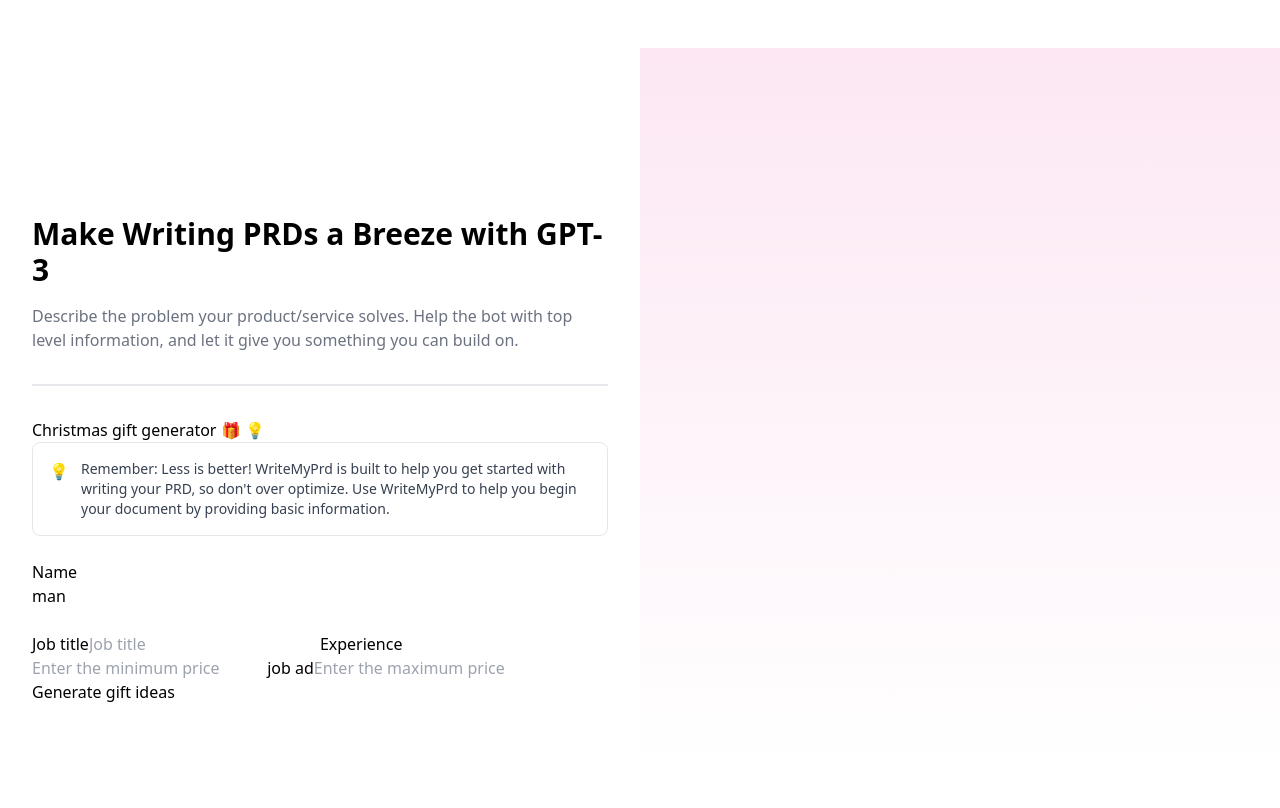
Repository: hamza-mastar/chatgpt-jpbad
Page: /
An editor plug-in stored every save of this project. The page is shown before and after the next save, followed by the edit.
The browser window is 1280 px wide. The pictures show the whole page.
The project was rebuilt for these pictures with package versions that can differ from the ones it lists, and the page was loaded fresh each time. The framework's server and built-in components were replaced by stand-ins that run in the browser.

Above is the page before, as saved 2023-01-30 04:36:55.

### pages/_app.js
import 'tailwindcss/tailwind.css'

import '../styles/globals.css'

export default function MyApp({ Component, pageProps }) {
  return <Component {...pageProps} />
}

### pages/index.js
import Head from 'next/head';
import React from 'react';
import { useState } from 'react';

import styles from './index.module.css';


// import './gifts.css'




export default function Home() {
  const [name, setName] = useState('man');
  const [job_title, setJob_title] = useState("");
  const [experience, setExperience] = useState("");
  const [job_ad, setJob_ad] = useState("");

  const [loading, setLoading] = useState(false);

  const [result, setResult] = useState('');

  async function onSubmit(event) {
    event.preventDefault();
    if (loading) {
      return;
    }
    setLoading(true);
    setResult('hamza');
    const response = await fetch('/api/generate-gifts', {
      method: 'POST',
      headers: {
        'Content-Type': 'application/json',
      },
      body: JSON.stringify({ name, job_title, experience, job_ad}),
    });
    const data = await response.json();
    setResult(data.result.replaceAll('\n', '<br />'));
    setLoading(false);
  }


  return (
    <>



    <dody class="h-full px-5 sm:px-6">
      <div class="flex relative sm:flex-col md: flex-col">

      <Head>
        <title>OpenAI Quickstart</title>
        <link rel="icon" href="/dog.png" />
      </Head>

      <main className={styles.main}>
     <div class="min-h-screen w-full lg:w-1/2 relative">
    <div class="h-full px-5 sm:px-6">
      <div class="h-full w-full max-w-xl mx-auto flex flex-col after:mt-auto after:flex-1">
        <header class="sm:flex-1 flex mb-auto sm:py-10 pt-6 items-center sm:justify-between flex-col sm:flex-row" >
          <div class="flex items-center justify-between h-24 md:h-20"> </div>

            {/* logo icone login  */}
            </header>
            <div class="flex-1 py-8">
           <div  class="mb-4" >
           <h1 class="text-3xl font-bold font-inter mb-2"> Make Writing PRDs a Breeze with GPT-3 </h1>
           <div class="text-gray-500 mt-4 mb-6"> Describe the problem your product/service solves. Help the bot with top level information, and let it give you something you can build on. </div>
           <div class="divide-y divide-gray-200 my-8 relative border"></div>





        <h3  >Christmas gift generator 🎁 💡</h3>
        <form  onSubmit={onSubmit} class="mb-12 relative">
        <div class="rounded-lg bg-white border p-4"><div class="flex"><div class="flex-shrink-0">💡</div><div class="ml-3 flex-1 md:flex md:justify-between"><p class="text-sm text-gray-700 font-medium"> Remember: Less is better! WriteMyPrd is built to help you get started with writing your PRD, so don't over optimize. Use WriteMyPrd to help you begin your document by providing basic information. </p></div></div></div>
        <div>
          <div class="py-6">
          <label >Name</label>
          <input class="form-input w-full"
            type="text"
            name="name"
            placeholder="Enter the Name"
            value={name}
            onChange={(e) => setName(e.target.value)}
          />
          </div>


          <label>Job title</label>
          <input
            type="text"
            name="job_title"
            placeholder="Job title"
            value={job_title}
            onChange={(e) => setJob_title(e.target.value)}
          />

          <label>Experience </label>
          <input
            type="text"
            name="experience"
            placeholder="Enter the minimum price"
            value={experience}
            onChange={(e) => setExperience(e.target.value)}
          />

          <label> job ad</label>
          <input
            type="text"
            name="job_ad"
            placeholder="Enter the maximum price"
            value={job_ad}
            onChange={(e) => setJob_ad(e.target.value)}
          />



          <input type="submit" value="Generate gift ideas" />
          </div>
        </form>
        </div>
       </div>
        </div>
        </div>
          </div>

          {/* loging page ////////////////// */}

          <div class="relative lg:fixed right-0 bottom-0 lg:block lg:w-1/2 overflow-hidden sm:px-5 lg:h-full h-auto overflow-y-auto top-12">
            <div class="absolute inset-0 bg-gradient-to-b from-pink-100 to-white pointer-events-none -z-10" >
              {/* <div class="hidden md:block absolute right-0 pointer-events-none -z-10"> */}
                <div class="h-auto">
                {/* <div class="p-6 pb-0 h-[calc(100vh-6rem)]" > */}
                {/* <div class="form-textarea relative text-base w-full p-4 px-8 overflow-scroll h-[calc(100%-1rem)] shadow-2xl flex items-center justify-center" > */}
                {/* <div class="text-pink-600 font-mono text-left text-base font-semibold absolute top-4 left-4"> */}
        {loading && (
          <div>
            <h3>Looking for the best gift ideas 🎁 💡</h3>
            <img src="/loading.gif" className={styles.loading} />
          </div>



        )}
        <div class="is-typed pb-0 h-[calc(100vh-6rem)] form-textarea relative text-base w-full p-4 px-8 overflow-scroll   flex items-center justify-center "
          className={styles.result}
          dangerouslySetInnerHTML={{ __html: result }}


        />
        </div>
        </div>
        </div>
        {/* </div> */}
        {/* </div> */}
        {/* </div>
        </div> */}
      </main>
      </div>

      </dody>


    </>
  );
}
// Name Job_title Experience job_ad

### pages/index.module.css


@font-face {
  font-family: "ColfaxAI";
  src: url(https://cdn.openai.com/API/fonts/ColfaxAIRegular.woff2)
      format("woff2"),
    url(https://cdn.openai.com/API/fonts/ColfaxAIRegular.woff) format("woff");
  font-weight: normal;
  font-style: normal;
}
@font-face {
  font-family: "ColfaxAI";
  src: url(https://cdn.openai.com/API/fonts/ColfaxAIBold.woff2) format("woff2"),
    url(https://cdn.openai.com/API/fonts/ColfaxAIBold.woff) format("woff");
  font-weight: bold;
  font-style: normal;
}
/* .main,
.main input {
  font-size: 16px;
  line-height: 24px;
  color: #353740;
  font-family: "ColfaxAI", Helvetica, sans-serif;
}
.main {
  display: flex;
  flex-direction: column;
  align-items: center;
  padding-top: 60px;
}
.main .icon {
  width: 34px;
}
.main h3 {
  font-size: 32px;
  line-height: 40px;
  font-weight: bold;
  color: #202123;
  margin: 16px 0 40px;
}
.main form {
  display: flex;
  flex-direction: column;
  width: 320px;
}
.main input[type="text"] {
  padding: 12px 16px;
  border: 1px solid #10a37f;
  border-radius: 4px;
  margin-bottom: 24px;
  outline-color: #10a37f;
}
.main ::placeholder {
  color: #8e8ea0;
  opacity: 1;
}
.main input[type="submit"] {
  padding: 12px 0;
  color: #fff;
  background-color: #10a37f;
  border: none;
  border-radius: 4px;
  text-align: center;
  cursor: pointer;
}
.main .result {
  padding: 100px;
  font-weight: bold;
  margin-top: 40px;
  position:absolute;
  display: flex;
  justify-content: end;
} */

.main .loading {
  width: 50;
}

/* .main input[type="text"],
.main input[type="number"],
.main select {
  padding: 12px 16px;
  border: 1px solid #10a37f;
  border-radius: 4px;
  margin-bottom: 12px;
  margin-top: 4px;
}
.hamza {
  background-color: #10a37f;
} */






.relative {
  position: relative;
}

.nano {
  background-color: white;
  color: black;
  display: flex;
  overflow: scroll;
}

.form-textarea{
  border-width: 1px;
  --tw-border-opacity: 1;
  border-color: rgb(209 213 219 / var(--tw-border-opacity));
  --tw-bg-opacity: 1;
  background-color: rgb(255 255 255 / var(--tw-bg-opacity));
  height: 600px;
  width: 600px;
}

.texxt-base {
  font-size: 18px;
  line-height: 1.5;
  letter-spacing: -.01em;
  color: black

}
.typed {
  color: #1f2937;
  white-space: break-spaces;
  font-size: 100px;
}
@media only screen and (max-width: 600px) {
  .goho {
    width: auto;
    display: flex;
    justify-content:center ;

  }
}

Loaded but not shown: styles/globals.css (common file); tailwind.config.js (common file)

After the next save:
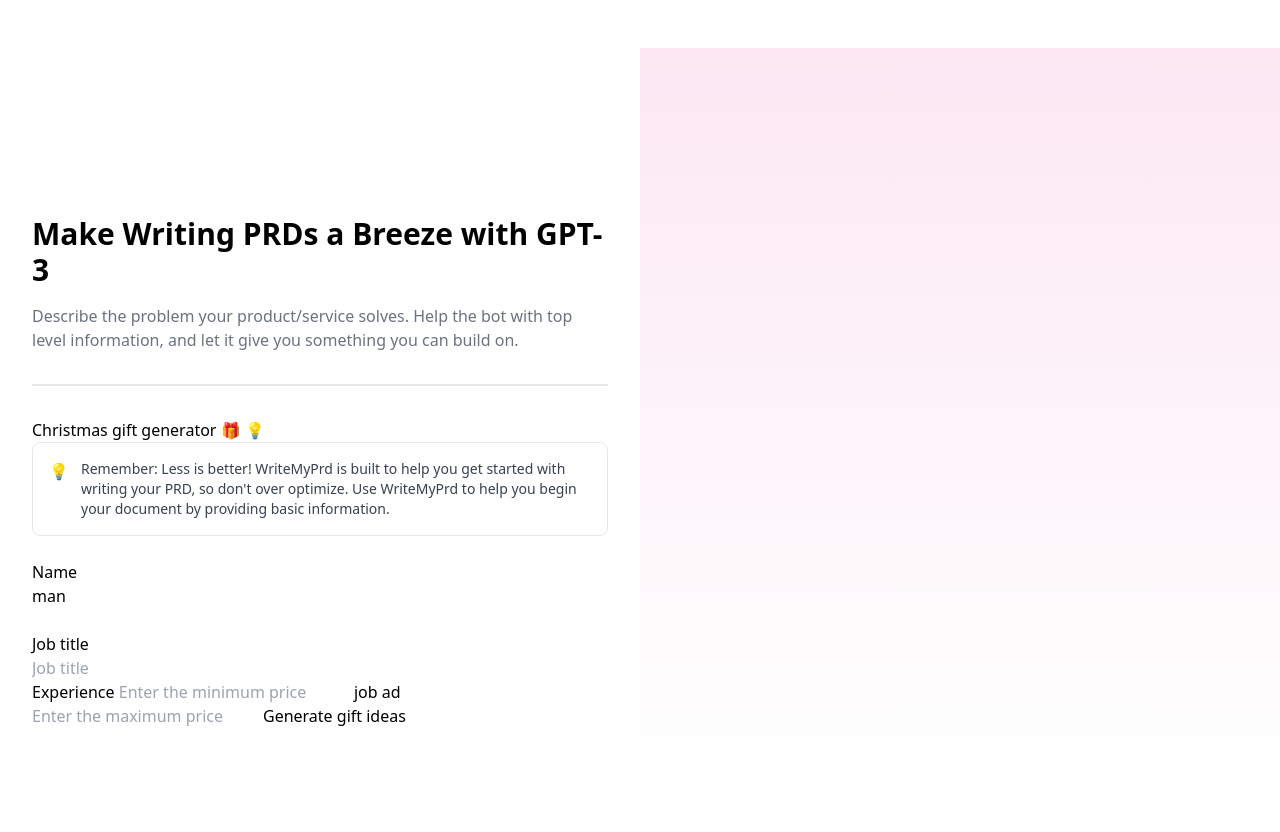
Saved 49 s later.
--- a/pages/index.js
+++ b/pages/index.js
@@ -89,7 +89,7 @@ export default function Home() {
 
 
           <label>Job title</label>
-          <input
+          <input class="form-input w-full"
             type="text"
             name="job_title"
             placeholder="Job title"
